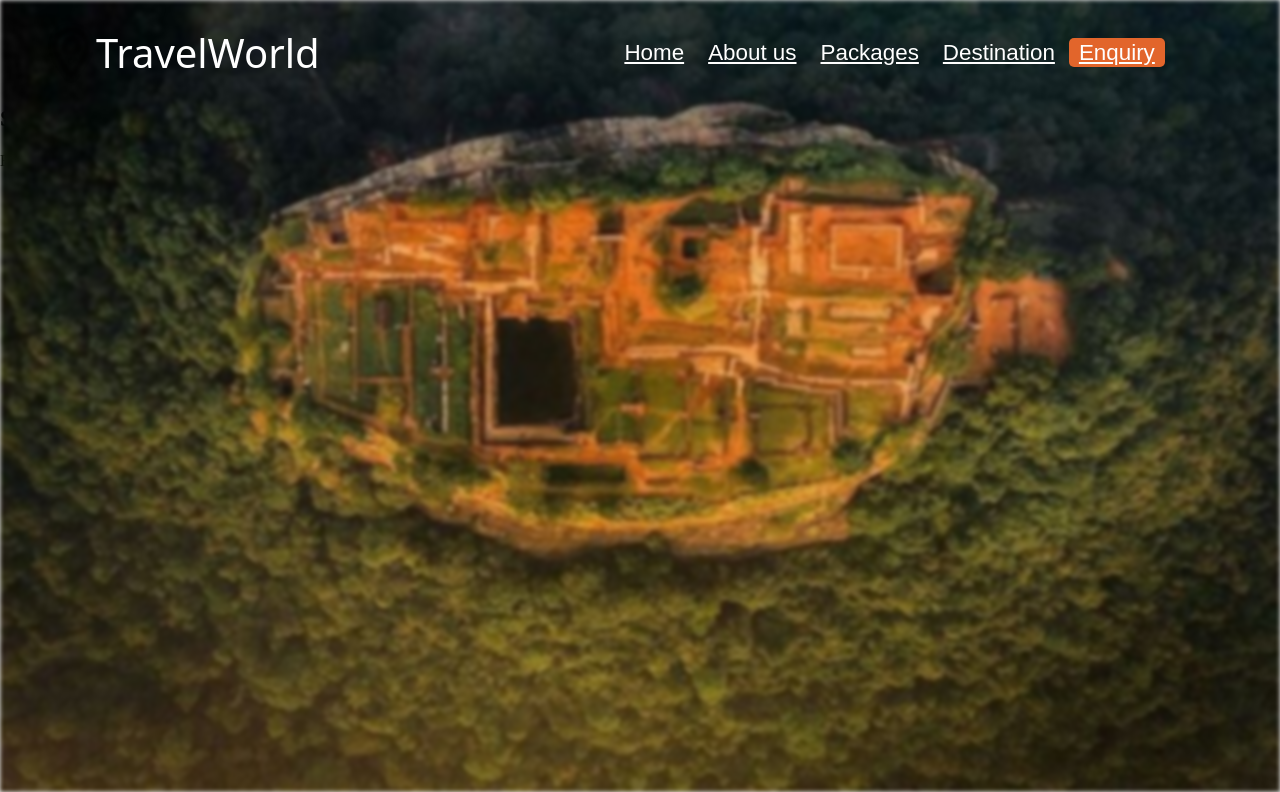
Repository: Haakim19/TavelWorld
Page: HTML/Home.html
The author's editor kept a copy of each file at every save. The page is drawn from the files as they stood at one save, then again after the next save.
The browser window is 1280 px wide. The pictures show the whole page.
Some web fonts or font styles are not loaded; a fallback is used.

Above is the page before, as saved 2024-11-02 10:29:27.

After the next save:
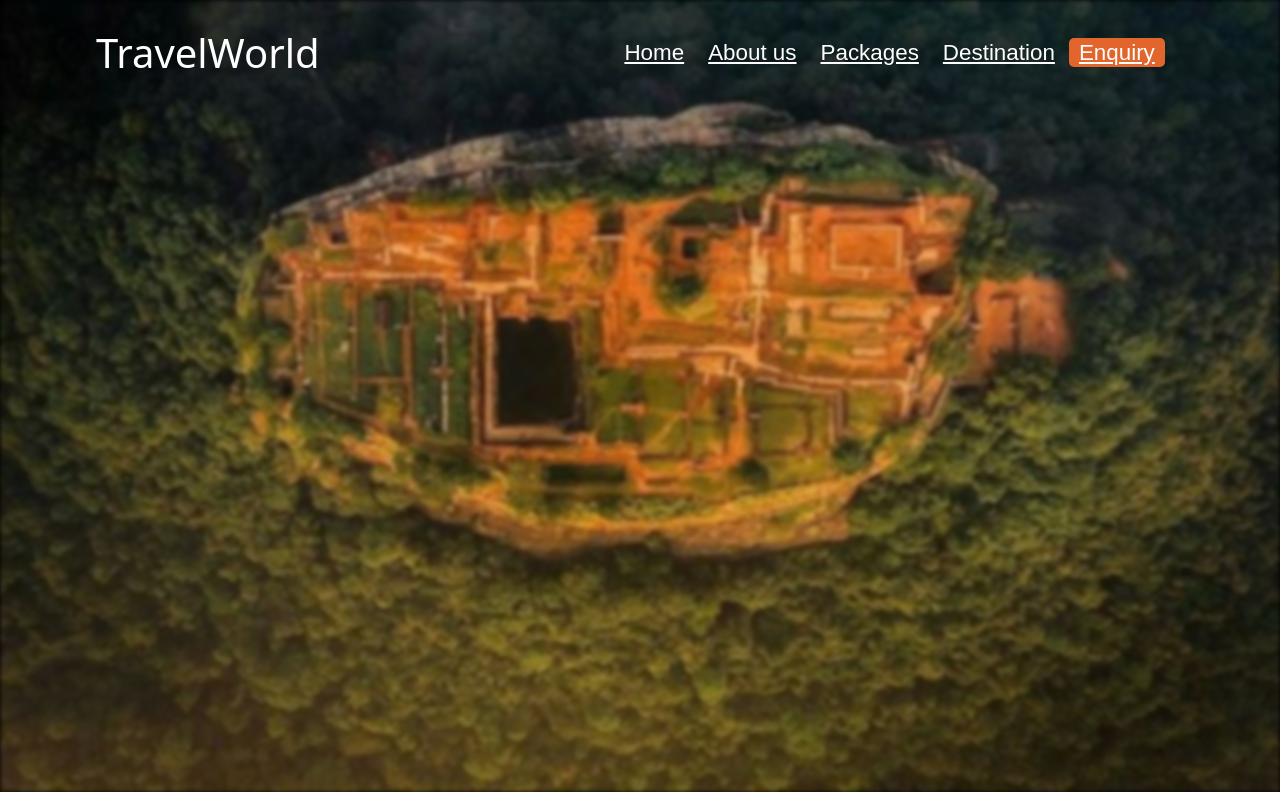
Saved 26 s later.
--- a/CSS/Navbar.css
+++ b/CSS/Navbar.css
@@ -1,7 +1,7 @@
 body{
     margin: 0;
     padding: 0;
-    background-color: #f5f5f5;
+    background-color: #000000;
 }
 /* .bg-img {
     position: absolute;

After the save that followed:
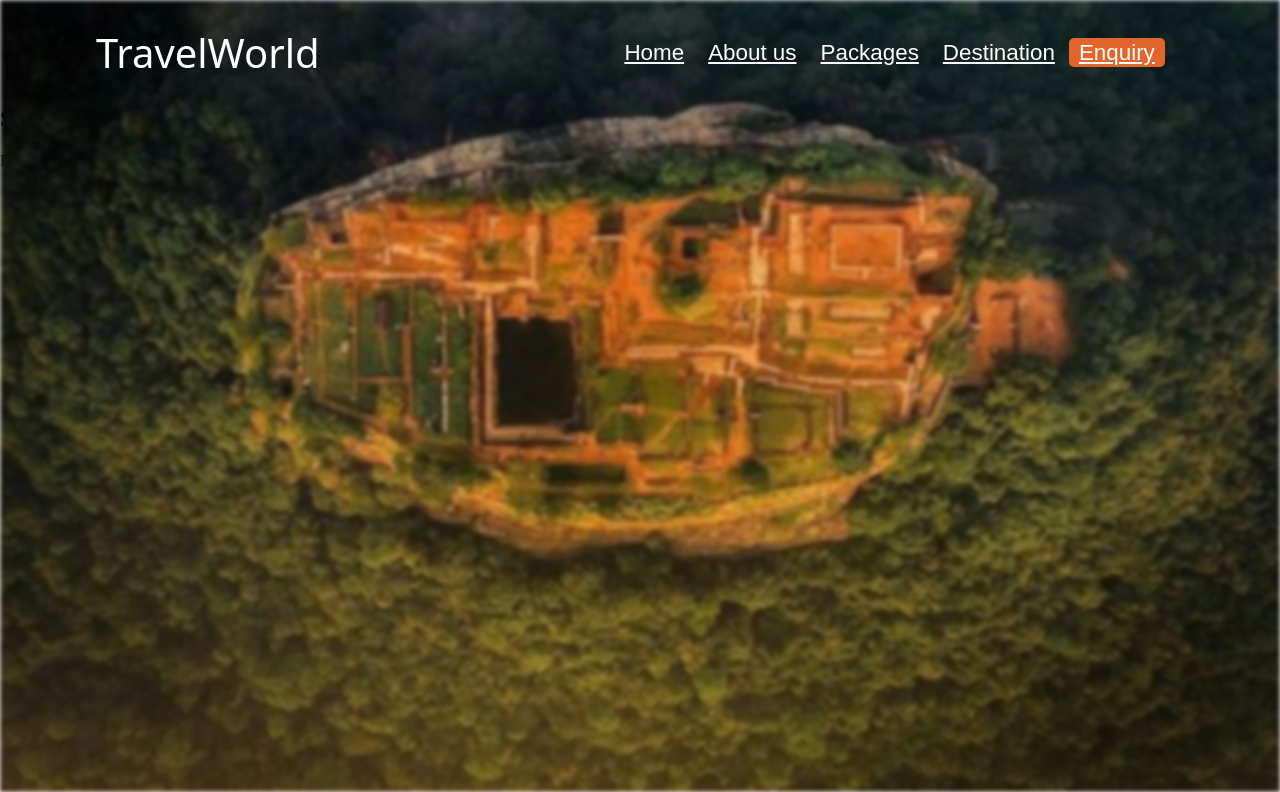
Saved 13 s later.
--- a/CSS/Navbar.css
+++ b/CSS/Navbar.css
@@ -1,7 +1,7 @@
 body{
     margin: 0;
     padding: 0;
-    background-color: #000000;
+    background-color: #ffffff;
 }
 /* .bg-img {
     position: absolute;
